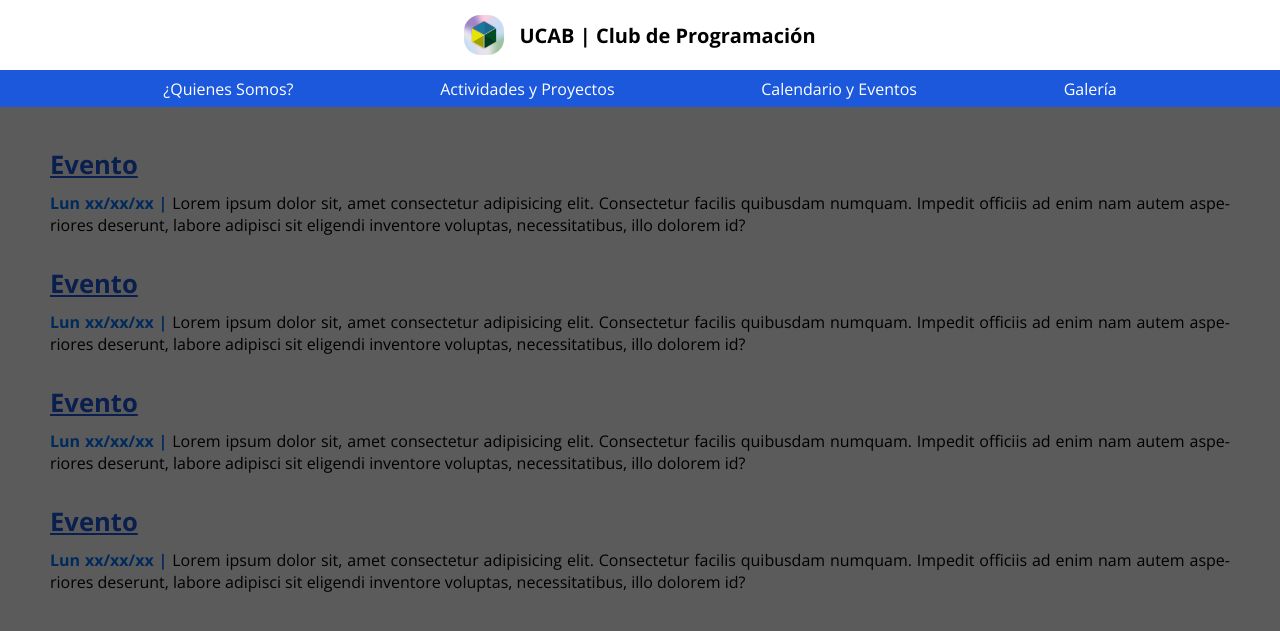
Repository: LuisR404/LandingPage
Page: Pages/CalendarioYEventos.html
An editor plug-in stored every save of this project. The page is shown before and after the next save, followed by the edit.
The browser window is 1280 px wide. The pictures show the whole page.

Above is the page before, as saved 2025-11-24 14:40:59.

After the next save:
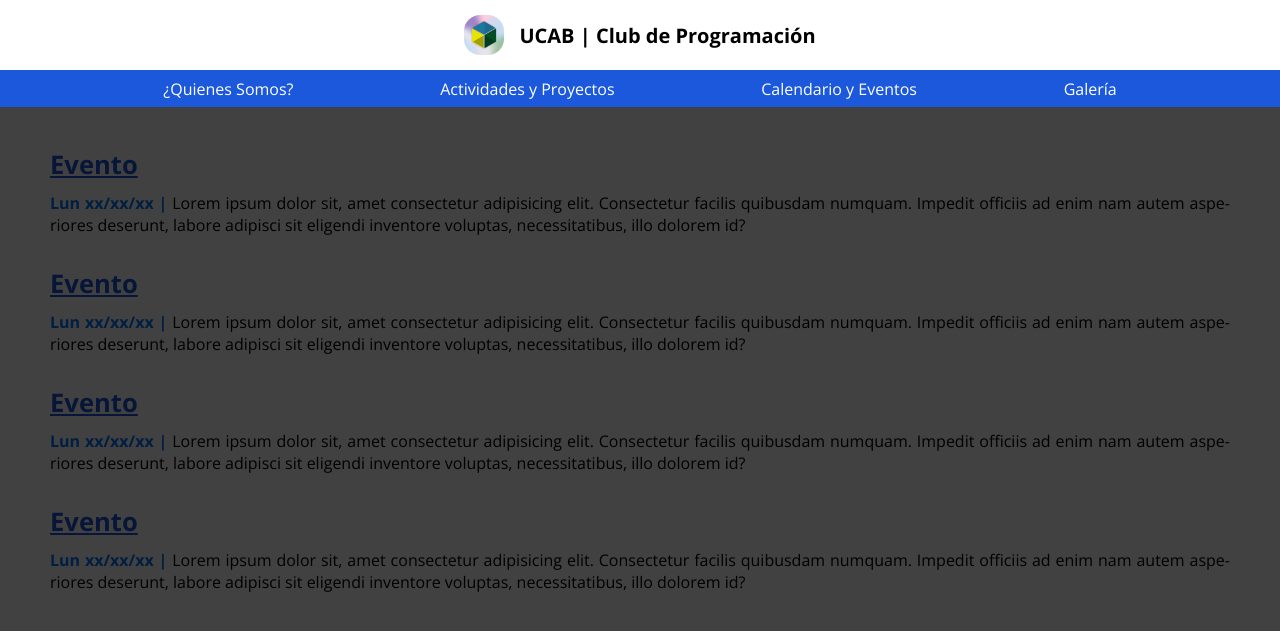
Saved 5 s later.
--- a/Styles/CalendarioYEventos.css
+++ b/Styles/CalendarioYEventos.css
@@ -9,7 +9,7 @@ img {
     position: fixed;
     z-index: 99;
 
-    background-color: #000000a4;
+    background-color: #000000be;
 }
 
 .eventos {
